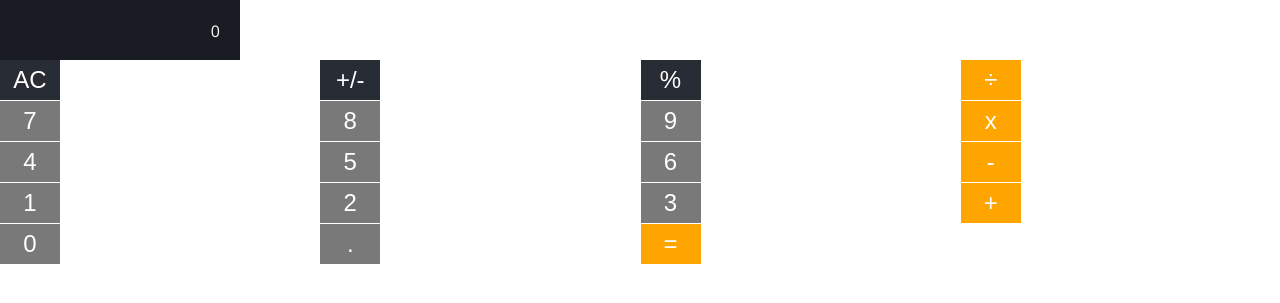
Repository: catsarenotreal/CalculatorWebApp
Page: /
An editor plug-in stored every save of this project. The page is shown before and after the next save, followed by the edit.
The browser window is 1280 px wide. The pictures show the whole page.
The project was rebuilt for these pictures with package versions that can differ from the ones it lists, and the page was loaded fresh each time.

Above is the page before, as saved 2024-08-26 14:52:48.

After the next save:
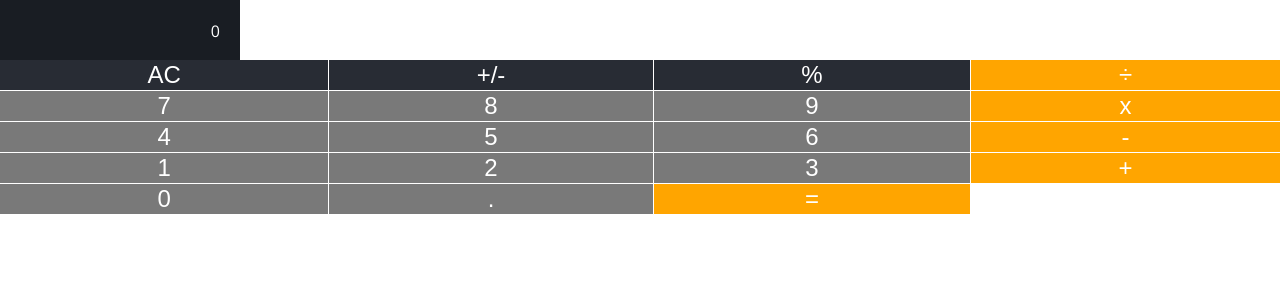
Saved 13 s later.
--- a/src/App.css
+++ b/src/App.css
@@ -36,9 +36,9 @@
   border: none;
   font-size: 1.5rem;
   color: white;
-  height: 40px;
+  /* height: 40px;
   width: 60px;
-  padding: 0px;
+  padding: 0px; */
 }
 
 
